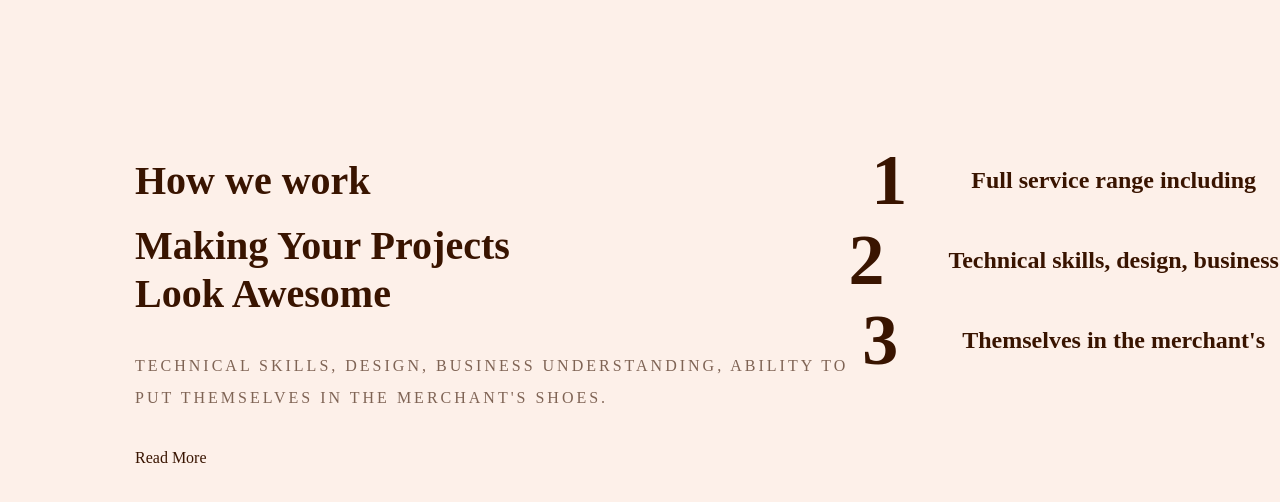
Repository: kubrazamanova/Project-3
Page: index.html
The author's editor kept a copy of each file at every save. The page is drawn from the files as they stood at one save, then again after a run of saves.
The browser window is 1280 px wide. The pictures show the whole page.

Above is the page before, as saved 2023-09-13 19:18:08.

After the next 3 saves:
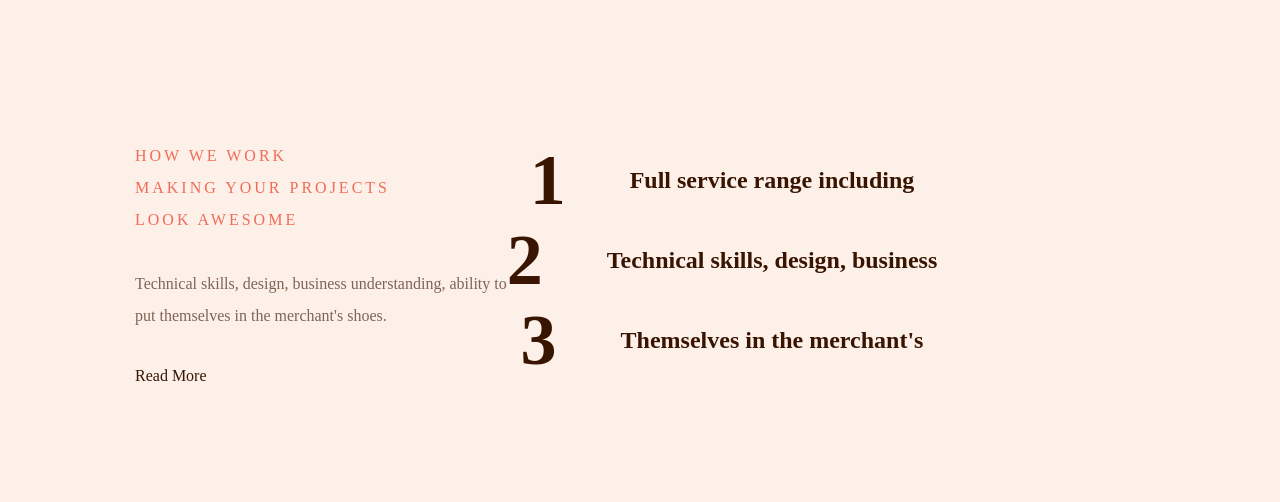
The 3 saves are shown as one change because they came seconds apart.
The last was saved 10 s later.
--- a/index.css
+++ b/index.css
@@ -10,7 +10,7 @@
   background-color: #fdf0e9;
   display: flex;
 }
-.container p {
+.container h1 {
   color: var(--Text_Dark_Accent, #ef6d58);
   font-feature-settings: "clig" off, "liga" off;
   font-family: Epilogue;
@@ -21,7 +21,7 @@
   letter-spacing: 3px;
   text-transform: uppercase;
 }
-.container h1 {
+.container h2 {
   margin-top: 17px;
   color: var(--Text_Dark, #391400);
   font-feature-settings: "clig" off, "liga" off;
